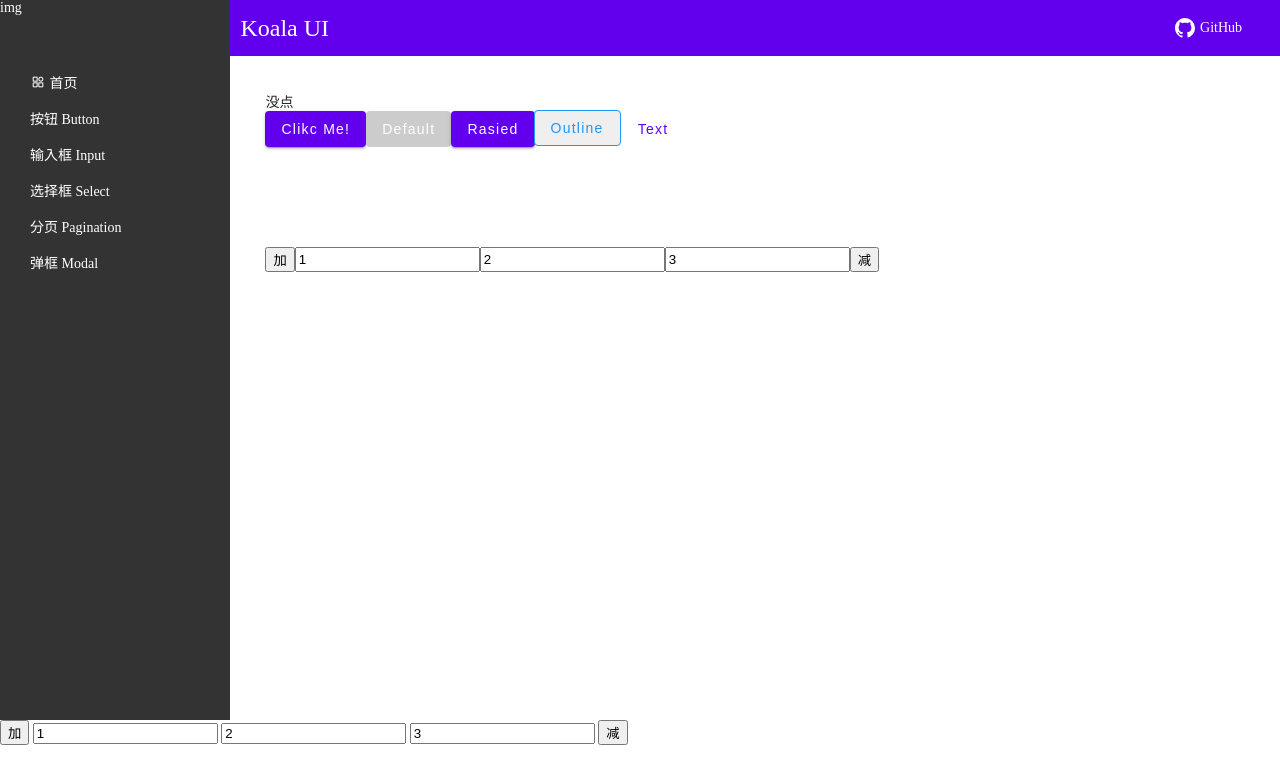
Repository: wyhsunflower/koalaUI
Page: /
These files come from the project's save history. The page is drawn as it stood at one moment and after the next save; the edit follows.
The browser window is 1280 px wide. The pictures show the whole page.
The project was rebuilt for these pictures with package versions that can differ from the ones it lists, and the page was loaded fresh each time. Also part of the build but not shown: webpack.config.js, src/components/Modal/Modal.vue. Imported but missing from the stored project, and not drawn on this page: src/views/go/go2.vue.

Above is the page before, as saved 2020-03-19 19:17:28.

### index.html
<!DOCTYPE html>
<html lang="en">
<head>
    <meta charset="UTF-8">
    <title>koala's UI</title>
</head>
<body>
<div id="app"></div>

<div class="time-picker">
    <button click="">加</button>
    <input type="number"  value="1">
    <input type="number" value="2">
    <input type="number" value="3">
    <button click="">减</button>
    </div>
</body>
</html>

### src/index.js
import Vue from 'vue';
import App from './app';
import './components/components.js'
import './styles/global.scss';
import './styles/iconfont/icon.scss'
import router from './router/route';


new Vue({
    router,
    render(h) {
        return h(App);
    }
}).$mount('#app');

### src/app.vue
<template>
    <div id="app" class="container">
        <SideBar></SideBar>
        <div class="right">
            <Header></Header>
            <div class="main">
                <transition>
                 <router-view></router-view>
                </transition>
            </div>
        </div>
    </div>
</template>
<script>
    import SideBar from './SideBar';
    import Header from './Header';
    export default {
        name: "app",
        components:{
            SideBar,
            Header
        },
    }
</script>

<style lang="scss" scoped>
    @import "styles/global";
    .container{
        width: 100%;
        display: flex;
        flex-flow: row nowrap;
        height: 100%;
    }
    .right{
        width: 82%;
        height: 100%;
    }
        .main{
            width: 100%;
            height: 100%;
            padding:2.5rem;
        }
</style>

### src/components/components.js
import Vue from 'vue'
import Button from './Button/Button';
import Modal from './Modal/Modal';

Vue.component('Button',Button);
Vue.component('Modal',Modal);

### src/styles/global.scss
$font-color: rgba(0,0,0, 0.87);
$color-btn-default:#ccc;
$color-btn-primary:#2196f3;
$color-btn-custom:#6200ee;
* {
    box-sizing: border-box;
}
html, body {
    margin: 0;
    padding: 0;
    font-size: 14px;
}
html{
    width: 100%;
    height: 100%;
    outline: none;
    font-size: 14px;
}
body {
    color: $font-color;
    font-size: 14px;
    height: 100%;
    width: 100%;
}
.koala-button{

    -moz-osx-font-smoothing: grayscale;
    -webkit-font-smoothing: antialiased;
    font-size: 1rem;
    line-height: 2.25rem;
    font-weight: 500;
    letter-spacing: .0892857143em;
    text-decoration: none;
    display: inline-flex;
    position: relative;
    align-items: center;
    justify-content: center;
    box-sizing: border-box;
    min-width: 64px;
    border: none;
    outline: none;
    line-height: 1;
    -webkit-user-select: none;
    -moz-user-select: none;
    -ms-user-select: none;
    user-select: none;
    -webkit-appearance: none;
    overflow: visible;
    vertical-align: middle;
    border-radius: 4px;
    cursor: pointer;

    padding: 0 1.145rem;
    min-width: 4.5rem;
    color: #fff;
    height: 2.572rem;
}

### src/styles/iconfont/icon.scss
@font-face {font-family: "iconfont";
  src: url('./iconfont.eot?t=1575969178796'); /* IE9 */
  src: url('./iconfont.eot?t=1575969178796#iefix') format('embedded-opentype'), /* IE6-IE8 */
       url('./iconfont.woff?t=1575969178796') format('woff'),
       url('./iconfont.ttf?t=1575969178796') format('truetype'), /* chrome, firefox, opera, Safari, Android, iOS 4.2+ */
       url('./iconfont.svg?t=1575969178796#iconfont') format('svg'); /* iOS 4.1- */
}
.iconfont {
  font-family: "iconfont" !important;
  font-size: 16px;
  font-style: normal;
  -webkit-font-smoothing: antialiased;
  -moz-osx-font-smoothing: grayscale;
}
.icon-all:before {
  content: "\e6ef";
}

### src/router/route.js
import Router from 'vue-router';
import Vue from 'vue';
//import Home from '../app';
//import Button from '../components/Button/Button';
import Home from '../views/home';


const routerListDir=[];

function importAllRouter(r) {
    r.keys().forEach(
        (key)=>routerListDir.push(r(key).default)
    )
}

importAllRouter(require.context('../router',true,/\.router\.js/));
Vue.use(Router);
console.log(routerListDir);

export default new Router({
    routes: [
        ...routerListDir,
        { path: '/',component:Home},
        //{ path: '/button',component:Button},
    ]
});

### src/SideBar.vue
<template>
    <div class="side">
        <div class="top">
            <div>img</div>
            <!--<img src="./static/img/logo.jpg">-->
        </div>
        <ul class="side-list">
            <li v-for="x of lists">
                <i class="iconfont" :class="x.icon"></i>
                {{x.name}}
            </li>
        </ul>
    </div>
</template>

<script>
    export default {
        name: "SideBar",
        data(){
            return{
                lists:[
                    {
                        name:'首页',
                        icon:'icon-all',
                    },
                    {
                        name:'按钮 Button',
                        icon:'button',
                    },
                    {
                        name:'输入框 Input',
                        icon:'input',
                    },
                    {
                        name:'选择框 Select',
                        icon:'select',
                    },
                    {
                        name:'分页 Pagination',
                        icon:'pagination',
                    },
                    {
                        name:'弹框 Modal',
                        icon:'modal',
                    },
                ],
            }
        },
    }
</script>

<style lang="scss" scoped>
    .side {
        max-width: 300px;
        width: 18%;
        background: rgba(0,0,0,.8);
        height: 100%;
        color: #fff;
    }
    .top {
        height: 50px;
    }
    ul{
        list-style: none;
        padding: 0;
    }
    li{
        padding: 8px 30px;
        &:hover{background: rgba(0,0,0,.2);}
    }
</style>

### src/Header.vue
<template>
    <div class="header">
        <div class="title">Koala UI</div>
        <div class="right">
            <!-- <div class="search">GitHub</div> -->
            <div class="config">
                <svg width="20" height="20" viewBox="0 0 20 20" xmlns="http://www.w3.org/2000/svg">
                <title>github-circle-white-transparent</title>
                    <path d="M10 0C4.477 0 0 4.477 0 10c0 4.42 2.87 8.17 6.84 9.5.5.08.66-.23.66-.5v-1.69c-2.77.6-3.36-1.34-3.36-1.34-.46-1.16-1.11-1.47-1.11-1.47-.91-.62.07-.6.07-.6 1 .07 1.53 1.03 1.53 1.03.87 1.52 2.34 1.07 2.91.83.09-.65.35-1.09.63-1.34-2.22-.25-4.55-1.11-4.55-4.92 0-1.11.38-2 1.03-2.71-.1-.25-.45-1.29.1-2.64 0 0 .84-.27 2.75 1.02.79-.22 1.65-.33 2.5-.33.85 0 1.71.11 2.5.33 1.91-1.29 2.75-1.02 2.75-1.02.55 1.35.2 2.39.1 2.64.65.71 1.03 1.6 1.03 2.71 0 3.82-2.34 4.66-4.57 4.91.36.31.69.92.69 1.85V19c0 .27.16.59.67.5C17.14 18.16 20 14.42 20 10A10 10 0 0 0 10 0z" fill="#FFF" fill-rule="evenodd"/>
                </svg>
                <div class="github">GitHub</div>
            </div>
        </div>
    </div>
</template>

<script>
    export default {
        name: "Header"
    }
</script>

<style lang="scss" scoped>
    .header{
        width: 100%;
        display: flex;
        justify-content: space-between;
        align-items: center;
        background-color:#6200ee;
        height:56px;
    }
    .title{
        width: 70%;
        color:#fff;
        font-size:24px;
        padding-left:10px;
    }
    .right{
        width: 10%;
    }
    .config{
        display:flex;
        align-items:center;
        cursor:pointer;
    }
    .github{
        color:#fff;
        font-size: 1rem;
        padding-left:5px;
    }
</style>

### src/components/Button/Button.vue
<template>
    <component
            class="koala-button"
            :class="buttonType"
            is="button"
            @click="onClick"
    >
        <slot></slot>
    </component>
</template>

<script>
    //type color icon
    export default {
        name: "Button",
        // ['type','color','diabled','size'],
        props: {
            type:{
                type: String,
                default:'default', // 'default', 'rasied , 'text', 'outline'
            },
            color:{
                type: String,
                default: 'default', // 'default', 'primary', 'custom'
            },
            size:{
                type: String,
                default: 'normal' // 'small', 'normal', 'large','custom'
            },
            disabled: {
                type: Boolean,
                default: false
            }
        },
        data(){
            return{
            }
        },
        components:{

        },
        computed:{
            buttonType(){
                const buttonClass = {
                    "outline": [`koala-button-${this.type}`,`koala-button-ouline-color-${this.color}`],
                    "text": [`koala-button-${this.type}`,`koala-button-text-color-${this.color}`],
                    "default": [`koala-button-${this.type}`,`koala-button-color-${this.color}`],
                    "rasied": [`koala-button-${this.type}`,`koala-button-color-${this.color}`],
                }
                return buttonClass[this.type]
            },
        },
        methods:{
            onClick(e){
                this.$emit('click', e);
            }
        },
        mounted(){
        },
    }
</script>

<style lang="scss" scoped >
    @import "../../styles/global.scss";
// .koala-button{
//     background-color:#ccc;
//     min-width: 4.5rem;
//     border-radius: .25rem;
//     color: #fff;
//     font-size: .875rem;
//     font-weight: 300;
//     box-sizing: border-box;
//     position: relative;
//     -webkit-user-select: none;
//     -moz-user-select: none;
//     -ms-user-select: none;
//     user-select: none;
//     cursor: pointer;
//     outline: none;
//     border: none;
//     -webkit-tap-highlight-color: transparent;
//     display: inline-block;
//     white-space: nowrap;
//     text-decoration: none;
//     vertical-align: baseline;
//     text-align: center;
//     margin: 0;
//     min-width: 64px;
//     line-height: 36px;
//     padding: 0 16px;
//     border-radius: 4px;
//     overflow: visible;
//     transform: translate3d(0, 0, 0);
//     transition: background 400ms cubic-bezier(0.25, 0.8, 0.25, 1),box-shadow 280ms cubic-bezier(0.4, 0, 0.2, 1);
// }
    .koala-button-default{
        box-shadow: 0 0 0 0 rgba(0,0,0,.2), 0 0 0 0 rgba(0,0,0,.14), 0 0 0 0 rgba(0,0,0,.12);
    }
    .koala-button-rasied{
        box-shadow: 0px 3px 1px -2px rgba(0, 0, 0, 0.2), 0px 2px 2px 0px rgba(0, 0, 0, 0.14), 0px 1px 5px 0px rgba(0,0,0,.12);
        transition: box-shadow 280ms cubic-bezier(0.4, 0, 0.2, 1);
    }
    .koala-button-text{
        background-color: transparent;
        // color: $color-btn-primary;
    }
    .koala-button-outline{
        top: -1px;
        left: -1px;
        // border: 1px solid transparent;
        // color:$color-btn-primary;
        // border-color: $color-btn-primary;
    }
    .koala-button-color-default{
        background-color:$color-btn-default;
    }
    .koala-button-color-primary{
        background-color:$color-btn-primary;
    }
    .koala-button-color-custom{
        background-color:$color-btn-custom;
    }
    .koala-button-ouline-color-default{
        border: 1px solid transparent;
        color:$color-btn-default;
        border-color: $color-btn-default;
    }
    .koala-button-ouline-color-primary{
        border: 1px solid transparent;
        color:$color-btn-primary;
        border-color: $color-btn-primary;
    }
    .koala-button-ouline-color-custom{
        border: 1px solid transparent;
        color:$color-btn-custom;
        border-color: $color-btn-custom;
    }
    .koala-button-text-color-default{
        color: $color-btn-default;
    }
    .koala-button-text-color-primary{
        color: $color-btn-primary;
    }
    .koala-button-text-color-custom{
        color: $color-btn-custom;
    }
</style>

### src/views/home.vue
<template>
    <div class="main-container">
        <div>{{message}}</div>
        <Button @click="showModal" type="rasied" color="custom">Clikc Me!</Button>
        <Modal v-if="modal" :self="this" :confirmCallback="confirmWay" :cancelCallback="cancelWay">
            <div>Modal组件</div>
            <div>Modal组件</div>
            <div>Modal组件</div>
            <div>Modal组件</div>
            <div>Modal组件</div>
            <div>Modal组件</div>
        </Modal>
        <Button @click="clicked('default')" type="default" color="default">Default</Button>
        <Button @click="clicked('rasied')" type="rasied" color="custom">Rasied</Button>
        <Button @click="clicked('outline')" type="outline" color="primary">Outline</Button>
        <Button @click="clicked('text')" type="text" color="custom">Text</Button>
        <div class="time-picker">
        <button click="">加</button>
        <input type="number"  value="1">
        <input type="number" value="2">
        <input type="number" value="3">
        <button click="">减</button>
        </div>
    </div>
</template>

<script>
    // import Modal from '../components/Modal/Modal.vue'
    // import Button from '../components/Button/Button.vue'
    export default {
        name: "home",
        data(){
            return{
                modal:false,
                message:'没点'
            }
        },
        // components:{
        //     Button
        // },
        methods:{
            showModal(){
                this.modal = true
            },
            confirmWay(){
                this.message = '确定'
            },
            cancelWay(){
                this.message = '取消了'
            },
            clicked(name){
                alert(name)
            },
        },
    }
</script>

<style lang="scss" scoped>
.time-picker{
    display: flex;
    flex-flow: row nowrap;
    margin-top:100px;
}
</style>

### src/router/button.router.js
import Button from '../components/Button/Button';
export default {
    path: '/button',
    name: 'button',
    component:Button,
    children:[]
}

### src/router/modal.router.js
import Modal from '../components/Modal/Modal';
export default {
    path: '/modal',
    name: 'modal',
    component:Modal,
}

### src/router/sample.router.js
import Sample from '../views/go/go2.vue';
export default {
    path: '/sample',
    name: 'sample',
    component:Sample,
}

After the next save:
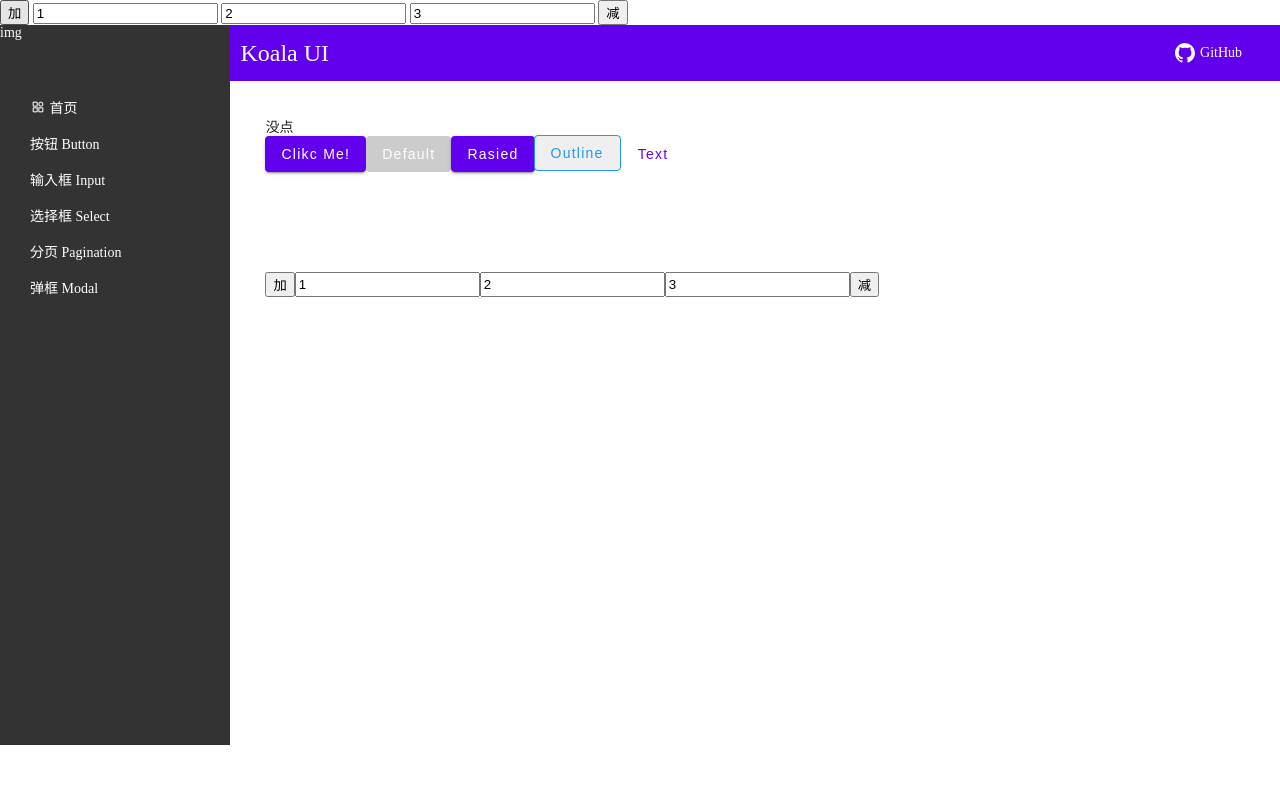
Saved 14 s later.
--- a/index.html
+++ b/index.html
@@ -5,14 +5,13 @@
     <title>koala's UI</title>
 </head>
 <body>
+    <div class="time-picker">
+        <button click="">加</button>
+        <input type="number"  value="1">
+        <input type="number" value="2">
+        <input type="number" value="3">
+        <button click="">减</button>
+        </div>
 <div id="app"></div>
-
-<div class="time-picker">
-    <button click="">加</button>
-    <input type="number"  value="1">
-    <input type="number" value="2">
-    <input type="number" value="3">
-    <button click="">减</button>
-    </div>
 </body>
 </html>
